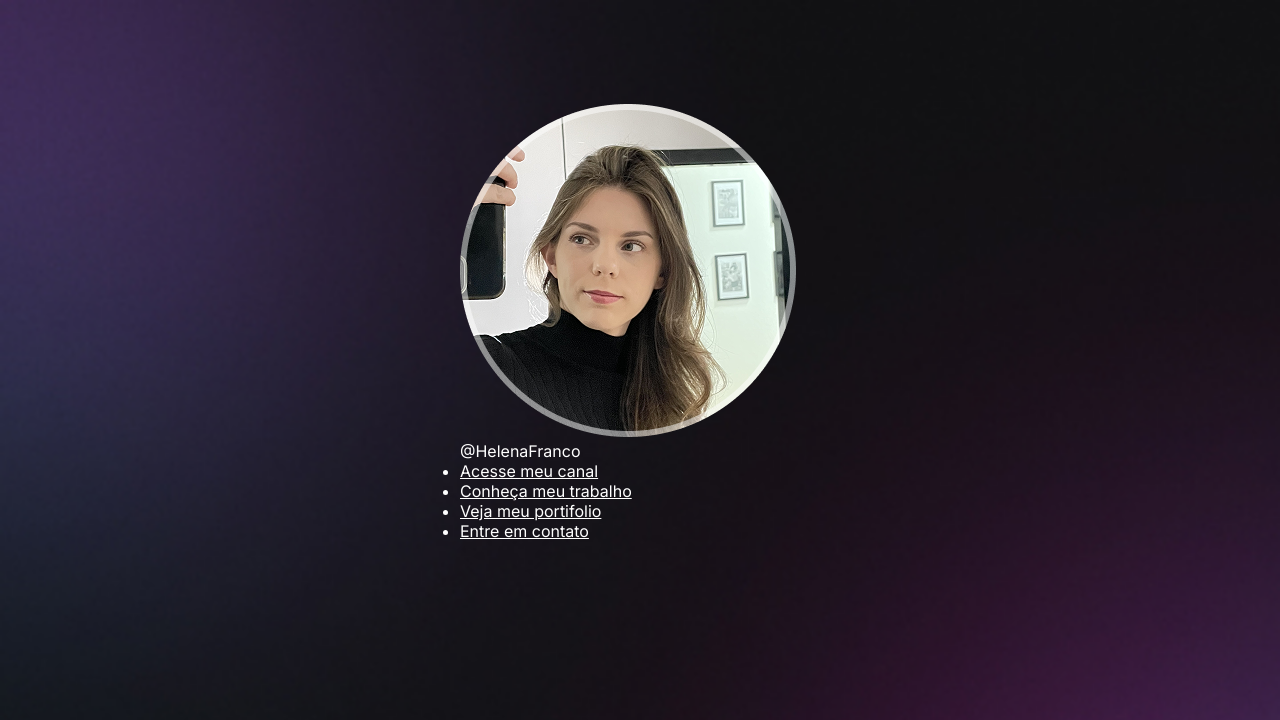
Repository: Fr4nc021/Pagina-de-links-
Page: index.html
These files come from the project's save history. The page is drawn as it stood at one moment and after the next save; the edit follows.
The browser window is 1280 px wide. The pictures show the whole page.

Above is the page before, as saved 2025-02-07 17:30:12.

After the next save:
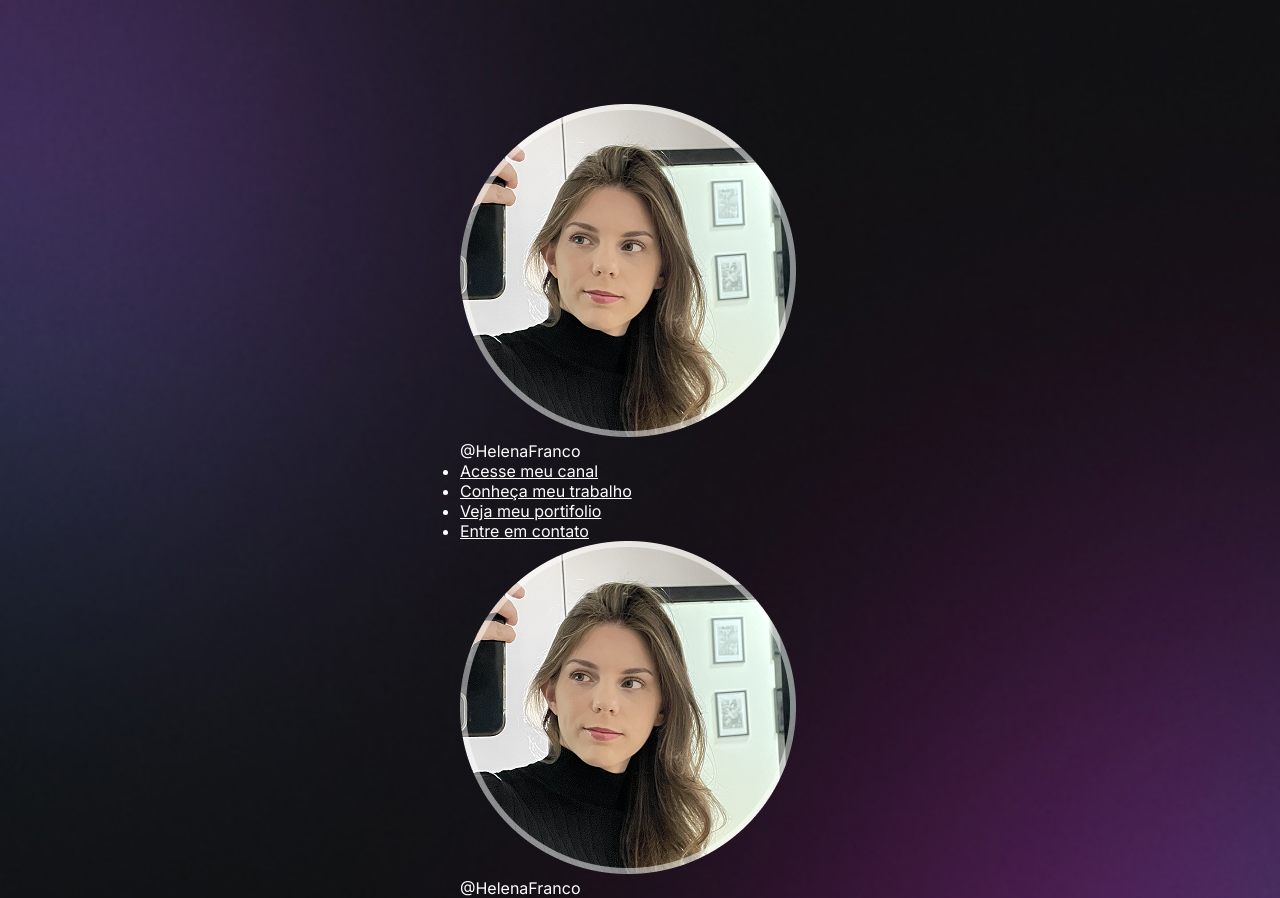
Saved 56 s later.
--- a/index.html
+++ b/index.html
@@ -12,11 +12,11 @@
 <body>
     <div id="container">
     <div id="profile"></div>
-    <div>
-        <img
+    <img
         src="./assets/avatar.png"
         alt="Foto da Helena Franco sorrindo">
         <p>@HelenaFranco</p>
+    <div>
         <ul>
             <li>
                 <a href="#">Acesse meu canal</a>
@@ -32,6 +32,10 @@
             </li>
         </ul>
     </div>
+        <img
+        src="./assets/avatar.png"
+        alt="Foto da Helena Franco sorrindo">
+        <p>@HelenaFranco</p>
     </div>
     </div>
 </body>

After the save that followed:
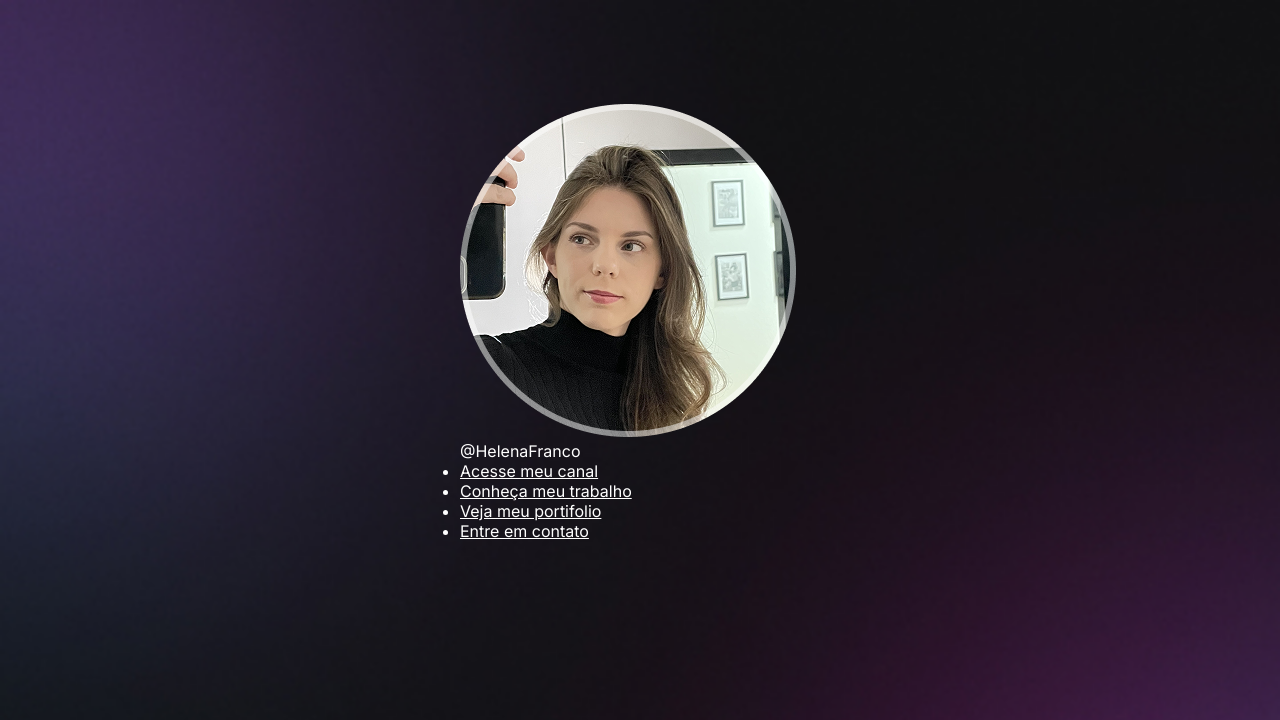
Saved 10 s later.
--- a/index.html
+++ b/index.html
@@ -32,10 +32,6 @@
             </li>
         </ul>
     </div>
-        <img
-        src="./assets/avatar.png"
-        alt="Foto da Helena Franco sorrindo">
-        <p>@HelenaFranco</p>
     </div>
     </div>
 </body>
